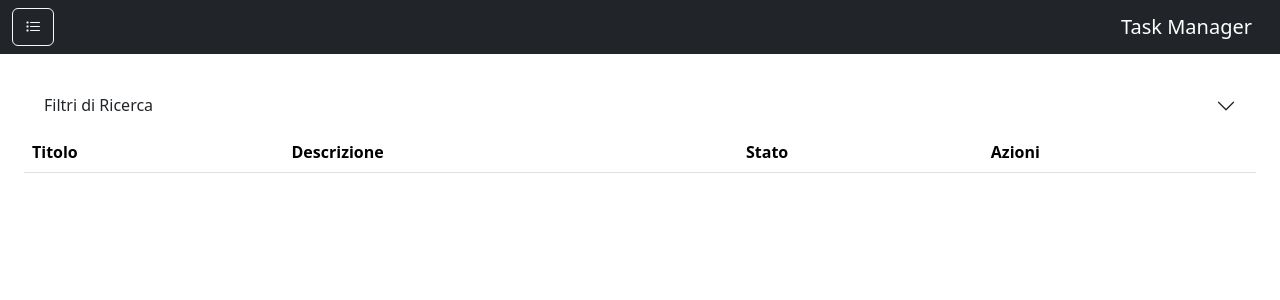
Repository: Barrakude/Angular_Project
Page: /task-list (app in test-finale/)
These files come from the project's save history. The page is drawn as it stood at one moment and after the next save; the edit follows.
The browser window is 1280 px wide. The pictures show the whole page.
The page's requests for data from a server got no answer. The project was rebuilt for these pictures with package versions that can differ from the ones it lists, and the page was loaded fresh each time. No one was signed in, and anything a server would have sent is missing. Also part of the build but not shown: test-finale/angular.json, test-finale/src/app/features/board/board.component.ts, test-finale/src/app/features/board/doing/doing.component.ts, test-finale/src/app/shared/components/task-card/task-card.component.ts, test-finale/src/app/shared/interfaces/itask.ts, test-finale/src/app/features/board/done/done.component.ts, test-finale/src/app/features/board/todo/todo.component.ts.

Above is the page before, as saved 2025-06-24 10:26:06.

After the next save:
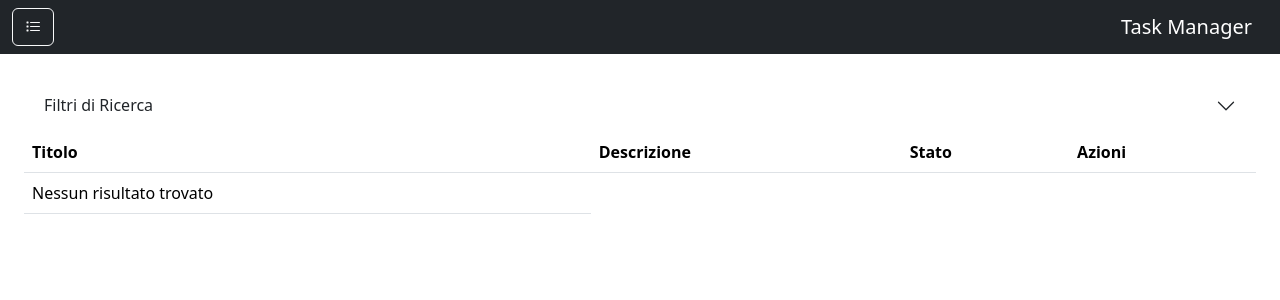
Saved 2 min 18 s later.
--- a/test-finale/src/app/features/task-list/task-list.component.html
+++ b/test-finale/src/app/features/task-list/task-list.component.html
@@ -60,11 +60,12 @@
                 <i class="bi bi-trash"></i>
             </td>
         </tr>
-        }
-        @if (filteredTask==[]) {
-            <td>
-                Nessun risultato trovato
-            </td>
+        } @empty {
+            <tr>
+                <td>
+                    Nessun risultato trovato
+                </td>
+            </tr>
 
         }
     </tbody>
